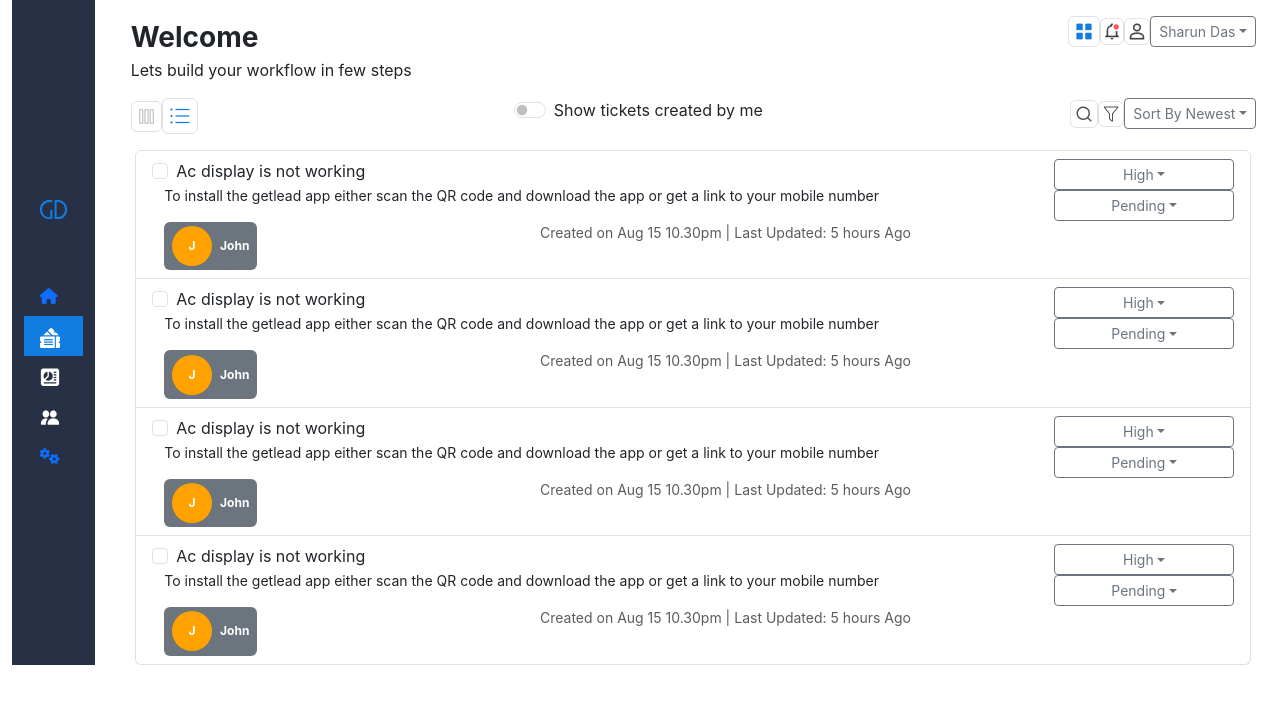
Repository: rishikarajeev/GL_HelpDesk
Page: /showtickets
The author's editor kept a copy of each file at every save. The page is drawn from the files as they stood at one save, then again after a run of saves.
The browser window is 1280 px wide. The pictures show the whole page.
The project was rebuilt for these pictures with package versions that can differ from the ones it lists, and the page was loaded fresh each time. Also part of the build but not shown: src/App.css, src/Pages/HomePage.jsx.

Above is the page before, as saved 2024-01-09 14:27:05.

After the next 4 saves:
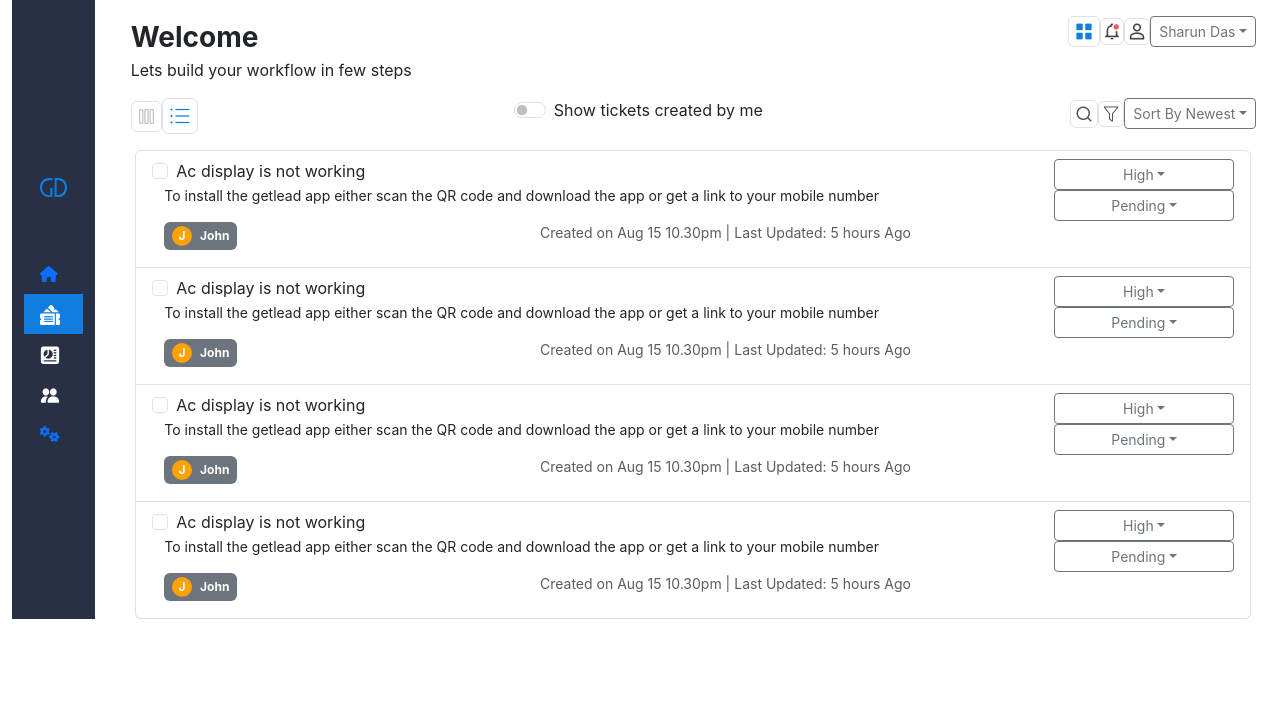
The 4 saves are shown as one change because they came seconds apart.
The last was saved 24 s later.
--- a/src/Assets/Css/Styles.css
+++ b/src/Assets/Css/Styles.css
@@ -38,8 +38,8 @@
   }
 
   .circle-icon {
-    width: 40px;
-    height: 40px;
+    width: 20px;
+    height: 20px;
     border-radius: 50%;
     background-color: #ffa200; /* Choose your desired background color */
     display: flex;
